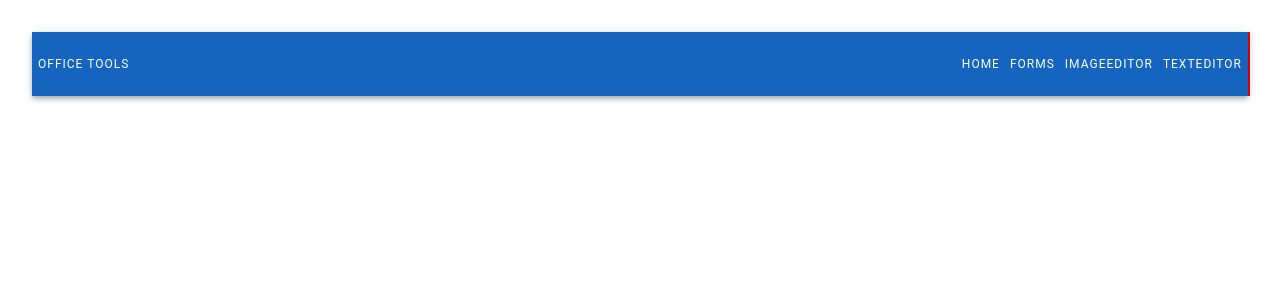
Repository: Vijay-Singh1/office-tools
Page: /
These files come from the project's save history. The page is drawn as it stood at one moment and after the next save; the edit follows.
The browser window is 1280 px wide. The pictures show the whole page.
The project was rebuilt for these pictures with package versions that can differ from the ones it lists, and the page was loaded fresh each time. Also part of the build but not shown: vite.config.ts, src/FormBuilderApp/src/pages/FormBuilderHome.tsx, src/FormBuilderApp/src/pages/CreateForm.tsx, src/FormBuilderApp/src/pages/OpenForms.tsx, src/components/common/sidebar/Sidebar.tsx, src/FormBuilderApp/src/pages/FormBuilderMain.tsx.

Above is the page before, as saved 2024-09-05 21:20:46.

### index.html
<!doctype html>
<html lang="en">
  <head>
    <meta charset="UTF-8" />
    <link rel="icon" type="image/svg+xml" href="/vite.svg" />
    <meta name="viewport" content="width=device-width, initial-scale=1.0" />
    <title>Office Tools</title>
  </head>
  <body>
    <div id="root"></div>
    <script type="module" src="/src/main.tsx"></script>
  </body>
</html>

### src/main.tsx
import { StrictMode } from 'react'
import { createRoot } from 'react-dom/client'
import App from './App.tsx'
import './index.css'// Import Tailwind CSS
import { ThemeProvider } from '@mui/material/styles';
import CssBaseline from '@mui/material/CssBaseline';
import theme from "./appTheme/appTheme.ts"
import AppRoutes from './routes.js';
createRoot(document.getElementById('root')!).render(
  <StrictMode>
    <ThemeProvider theme={theme}>
    <CssBaseline />
    <AppRoutes />
    </ThemeProvider>
  </StrictMode>,
)

### src/appTheme/appTheme.ts
// src/theme/theme.js

import { createTheme } from '@mui/material/styles';
import { blue,  red, orange, green, grey } from '@mui/material/colors';

const theme = createTheme({
  palette: {
    primary: {
      light: blue[300], // Light shade for hover effects, etc.
      main: blue[600],  // Main primary color
      dark: blue[800],  // Dark shade for contrast
      contrastText: '#ffffff',
    },
    secondary: {
      light: blue[200], // Light blue as a secondary color
      main: blue[400],  // A mid-range blue for secondary actions
      dark: blue[700],  // Darker shade for emphasis
      contrastText: '#ffffff',
    },
    error: {
      main: red[500],
    },
    warning: {
      main: orange[500],
    },
    info: {
      main: blue[300],
    },
    success: {
      main: green[500],
    },
    background: {
      default: '#ffffff',
      paper: blue[50], // Very light blue background for paper components
    },
    text: {
      primary: grey[900],
      secondary: blue[800], // Dark blue text for secondary elements
    },
    action: {
      hover: blue[100], // Light blue on hover
      selected: blue[50], // Even lighter blue when an item is selected
      disabledBackground: blue[50], // Light blue background for disabled items
      disabled: grey[400], // Disabled text color
    },
    divider: blue[100], // Light blue for dividers and borders
  },
  typography: {
    fontFamily: 'Roboto, Arial, sans-serif',
    h1: {
      fontWeight: 700,
      color: blue[800], // Dark blue for headings
    },
    h2: {
      fontWeight: 700,
      color: blue[700], // Slightly lighter for sub-headings
    },
    subtitle1: {
      fontSize: 12,
      letterSpacing : "1px"
    },
  },
  spacing :[0,2,4,6,8,10],
  components: {
    MuiButton: {
      styleOverrides: {
        root: {
          borderRadius: 8,
          '&:hover': {
            backgroundColor: blue[700], // Darker blue on hover
          },
        },
      },
    },
    MuiAppBar: {
      styleOverrides: {
        colorPrimary: {
          backgroundColor: blue[800], // Darker shade for AppBar
        },
      },
    },
    MuiPaper: {
      styleOverrides: {
        root: {
          backgroundColor: blue[50], // Very light blue for paper components
        },
      },
    },
    // Add more component customizations as needed
  },
});

export default theme;

### src/routes.tsx
import React from 'react';
import { createBrowserRouter, RouterProvider } from 'react-router-dom';

import Sidebar from './components/common/appBar/sidebar/Sidebar';
import { formBuilderRoutes } from './FormBuilderApp/src/formBuilderRoutes';
import App from './App';

// Combine routes from different modules
const router = createBrowserRouter([
  {
    path: '/',
    element: <App />,
    children: [
      ...formBuilderRoutes
      // Add other module routes here
    ],
  },
]);

const AppRoutes: React.FC = () => {
  return <RouterProvider router={router} />;
};

export default AppRoutes;

### src/FormBuilderApp/src/formBuilderRoutes.tsx
import React from 'react';
import { RouteObject } from 'react-router-dom';
import FormBuilderHome from './pages/FormBuilderHome';
import CreateForm from './pages/CreateForm';
import OpenForms from './pages/OpenForms';
import FormBuilderMain from './pages/FormBuilderMain';


export const formBuilderRoutes: RouteObject[] = [
  {
    path: 'form-builder',
    element: < FormBuilderMain/>,
    children: [
      {
        path: '/form-builder',
        element: <FormBuilderHome />,
      },
      {
        path: '/form-builder/Create-Form',
        element: <CreateForm />,
      },
      {
        path: '/form-builder/Open-Form',
        element: <OpenForms />,
      },
    ],
  },
];

### src/App.tsx
import { Outlet } from "react-router-dom";
import "./App.css";
import Sidebar from "./components/common/appBar/sidebar/Sidebar";
import { AppBar, Box, IconButton, Toolbar, Typography,   } from "@mui/material";
import MenuIcon from '@mui/icons-material/Menu';
import Appbar from "./components/common/appBar/Appbar";
const App: React.FC = () => {

  return (
    <Box display="flex" width="100%" >
    <Appbar />
      <Box display="flex" border = "1px solid red"flexGrow = {1} >
        <Outlet />
      </Box>
    </Box>
  );
};

export default App;

### src/components/common/appBar/Appbar.tsx
import { AppBar, Box, styled, Toolbar, Typography } from '@mui/material'
import React from 'react'
import HomeRepairServiceIcon from '@mui/icons-material/HomeRepairService';
import { NavLink } from 'react-router-dom';

const StyledToolBar = styled(Toolbar)({
    display : "flex",
    justifyContent : "space-between"
})

const NavItems = styled(Box)(({theme}) =>({
    color : theme.palette.primary.contrastText,
    display: "flex",
    // border : "1px solid red",
    gap: theme.spacing(5)
}))

const StyledNavLink = styled(NavLink)(({theme})=>({
    width : "40%",
    color : theme.palette.primary.contrastText,
    textDecoration : "none",


}))

const Appbar = () => {
  return (
    <AppBar position='sticky'>
        <StyledToolBar>
        <Typography variant='subtitle1' sx={{display : {sm : "block", xs : "none"}}}>OFFICE TOOLS</Typography>
            <HomeRepairServiceIcon sx={{display : {sm : "none", xs : "block"}}}/>
            <NavItems>
            <StyledNavLink to="/home"><Typography variant='subtitle1'>HOME</Typography> </StyledNavLink>
            <StyledNavLink to="/form-builder"><Typography variant='subtitle1'>FORMS</Typography></StyledNavLink>
            <StyledNavLink to="/Docs-editor"><Typography variant='subtitle1'>IMAGEEDITOR</Typography></StyledNavLink>
            <StyledNavLink to="/docs-editor"><Typography variant='subtitle1'>TEXTEDITOR</Typography></StyledNavLink>
        </NavItems>
        </StyledToolBar>

    </AppBar>
  )
}

export default Appbar

Loaded but not shown: src/index.css (common file); src/App.css (common file)

After the next save:
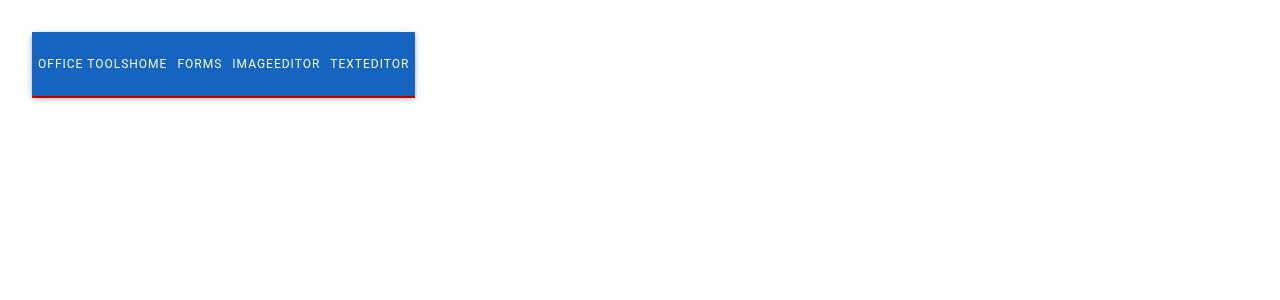
Saved 38 s later.
--- a/src/App.tsx
+++ b/src/App.tsx
@@ -1,17 +1,19 @@
 import { Outlet } from "react-router-dom";
 import "./App.css";
 import Sidebar from "./components/common/appBar/sidebar/Sidebar";
-import { AppBar, Box, IconButton, Toolbar, Typography,   } from "@mui/material";
+import { AppBar, Box, IconButton, Stack, Toolbar, Typography,   } from "@mui/material";
 import MenuIcon from '@mui/icons-material/Menu';
 import Appbar from "./components/common/appBar/Appbar";
 const App: React.FC = () => {
 
   return (
     <Box display="flex" width="100%" >
+      <Stack>
     <Appbar />
       <Box display="flex" border = "1px solid red"flexGrow = {1} >
         <Outlet />
       </Box>
+      </Stack>
     </Box>
   );
 };
